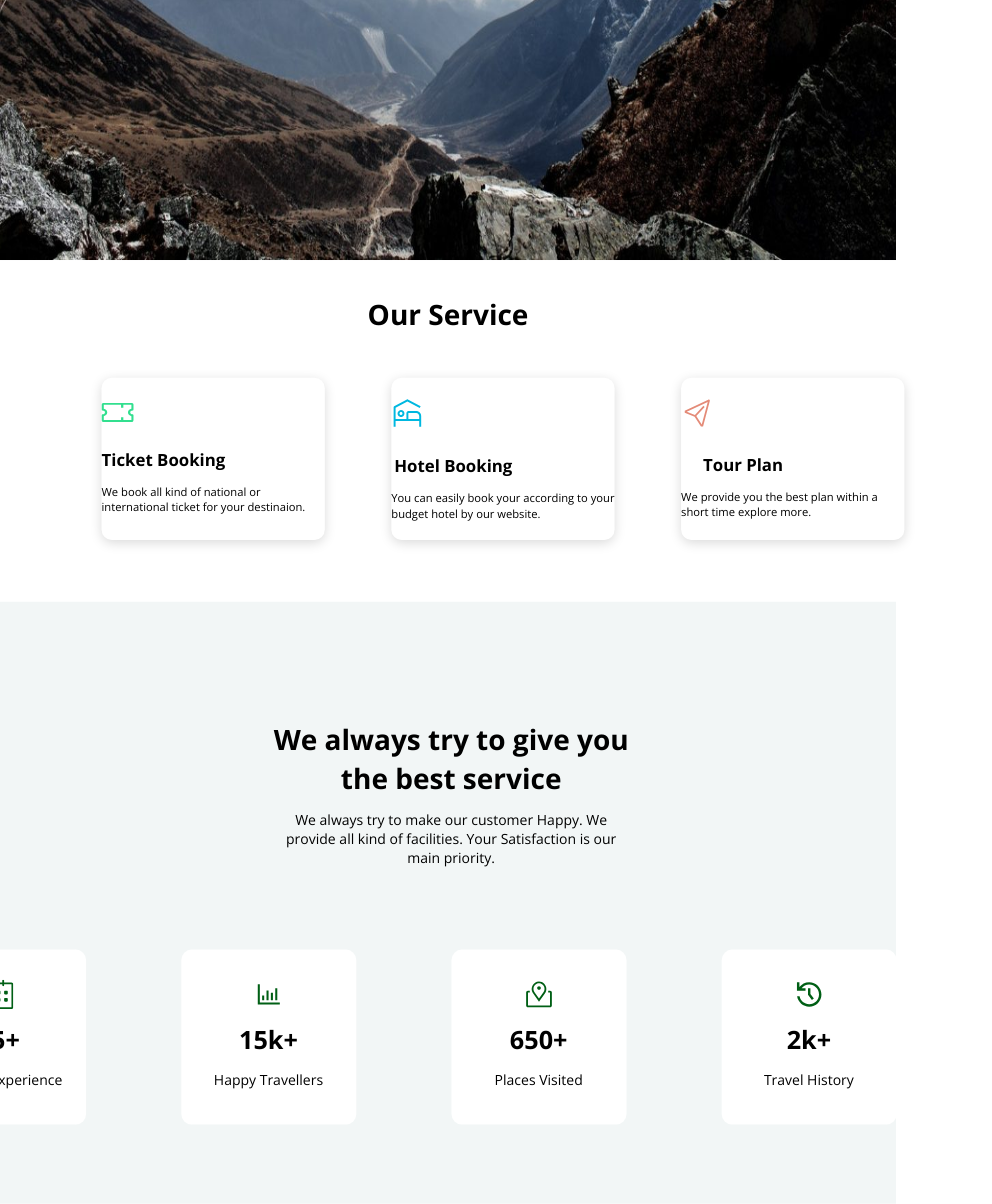
Repository: kubrazamanova/Background-Image
Page: index.html
These files come from the project's save history. The page is drawn as it stood at one moment and after a run of saves; the edit follows.
The browser window is 1280 px wide. The page is 1417 px wide, so the pictures cover 1417 px, including what lies to the right of the window. The pictures show the part of the page from y = 791 to 2511 px (the page is 2511 px tall before and 2373 px after), at 70% of full size.

Above is the page before, as saved 2023-10-17 18:51:56.

### index.html
<!DOCTYPE html>
<html lang="en">
  <head>
    <meta charset="UTF-8" />
    <meta name="viewport" content="width=device-width, initial-scale=1.0" />
    <link rel="stylesheet" href="index.css" />
    <title>Document</title>
  </head>
  <body>
    <div class="container">
      <div class="home-page">
        <nav>
          <img src="./image/Travel Goo.svg" alt="" />
          <ul>
            <li>
              <a href="#">HOME</a>
            </li>
            <li>
              <a href="#service-page">Service</a>
            </li>
            <li>
              <a href="#">About Us</a>
            </li>

            <li>
              <a href="#">Packages</a>
            </li>
          </ul>
          <div class="photo1">
            <img src="./image/star.svg" alt="" />
            <img src="./image/user.svg" alt="" />
          </div>
        </nav>

        <main>
          <h1>Your Imagination Is Your Only Limit</h1>
          <p>
            We always try to make our customer Happy. We provide all kind of
            facilities. Your Satisfaction is our main priority
          </p>
          <a href="#">Discover more</a>
        </main>
      </div>
      <div id="service-page">
        <div class="our-service-page">
          <h1>Our Service</h1>

          <ul>
            <li>
              <svg
                xmlns="http://www.w3.org/2000/svg"
                width="46"
                height="28"
                viewBox="0 0 46 28"
                fill="none"
              >
                <path
                  d="M44.3571 10.9036C44.7929 10.9036 45.2107 10.76 45.5188 10.5044C45.8269 10.2488 46 9.90215 46 9.54067V2.72591C46 2.00295 45.6538 1.30961 45.0376 0.7984C44.4214 0.287193 43.5857 0 42.7143 0H3.28571C2.41429 0 1.57855 0.287193 0.962363 0.7984C0.346172 1.30961 0 2.00295 0 2.72591V9.54067C0 9.90215 0.173086 10.2488 0.481182 10.5044C0.789277 10.76 1.20714 10.9036 1.64286 10.9036C2.51428 10.9036 3.35002 11.1908 3.96621 11.702C4.5824 12.2132 4.92857 12.9066 4.92857 13.6295C4.92857 14.3525 4.5824 15.0458 3.96621 15.557C3.35002 16.0682 2.51428 16.3554 1.64286 16.3554C1.20714 16.3554 0.789277 16.499 0.481182 16.7546C0.173086 17.0102 0 17.3569 0 17.7184V24.5332C0 25.2561 0.346172 25.9495 0.962363 26.4607C1.57855 26.9719 2.41429 27.2591 3.28571 27.2591H42.7143C43.5857 27.2591 44.4214 26.9719 45.0376 26.4607C45.6538 25.9495 46 25.2561 46 24.5332V17.7184C46 17.3569 45.8269 17.0102 45.5188 16.7546C45.2107 16.499 44.7929 16.3554 44.3571 16.3554C43.4857 16.3554 42.65 16.0682 42.0338 15.557C41.4176 15.0458 41.0714 14.3525 41.0714 13.6295C41.0714 12.9066 41.4176 12.2132 42.0338 11.702C42.65 11.1908 43.4857 10.9036 44.3571 10.9036ZM42.7143 18.9042V24.5332H31.2143V20.4443H27.9286V24.5332H3.28571V18.9042C4.69199 18.5992 5.93673 17.9161 6.82512 16.9617C7.71351 16.0073 8.19542 14.8354 8.19542 13.6295C8.19542 12.4237 7.71351 11.2518 6.82512 10.2974C5.93673 9.34297 4.69199 8.65984 3.28571 8.3549V2.72591H27.9286V6.81477H31.2143V2.72591H42.7143V8.3549C41.308 8.65984 40.0633 9.34297 39.1749 10.2974C38.2865 11.2518 37.8046 12.4237 37.8046 13.6295C37.8046 14.8354 38.2865 16.0073 39.1749 16.9617C40.0633 17.9161 41.308 18.5992 42.7143 18.9042Z"
                  fill="#32DF8F"
                />
              </svg>
              <b>Ticket Booking</b>
              <p>
                We book all kind of national or international ticket for your
                destinaion.
              </p>
            </li>

            <li>
              <svg
                xmlns="http://www.w3.org/2000/svg"
                width="45"
                height="45"
                viewBox="0 0 45 45"
                fill="none"
              >
                <path
                  d="M13.3594 21.0938C13.7766 21.0938 14.1844 21.2175 14.5313 21.4492C14.8782 21.681 15.1485 22.0105 15.3082 22.3959C15.4678 22.7813 15.5096 23.2055 15.4282 23.6146C15.3468 24.0238 15.1459 24.3997 14.8509 24.6947C14.5559 24.9897 14.1801 25.1906 13.7709 25.272C13.3617 25.3534 12.9376 25.3116 12.5522 25.1519C12.1667 24.9923 11.8373 24.7219 11.6055 24.375C11.3737 24.0281 11.25 23.6203 11.25 23.2031C11.25 22.6437 11.4722 22.1072 11.8678 21.7116C12.2634 21.316 12.7999 21.0938 13.3594 21.0938ZM13.3594 18.2812C12.3859 18.2813 11.4343 18.5699 10.6249 19.1107C9.81553 19.6516 9.18468 20.4203 8.81216 21.3196C8.43963 22.219 8.34216 23.2086 8.53207 24.1633C8.72199 25.1181 9.19075 25.9951 9.87909 26.6834C10.5674 27.3718 11.4444 27.8405 12.3992 28.0304C13.3539 28.2203 14.3435 28.1229 15.2429 27.7503C16.1423 27.3778 16.9109 26.747 17.4518 25.9376C17.9926 25.1282 18.2813 24.1766 18.2813 23.2031C18.2813 21.8978 17.7627 20.6459 16.8397 19.7228C15.9166 18.7998 14.6647 18.2812 13.3594 18.2812Z"
                  fill="#00B8E0"
                />
                <path
                  d="M35.1562 19.6875H23.9062C23.1603 19.6875 22.445 19.9838 21.9175 20.5112C21.3901 21.0387 21.0938 21.7541 21.0938 22.5V30.9375H5.625V14.9062L22.5 5.82185L40.1203 15.3L41.4422 12.825L23.1609 2.98122C22.9575 2.87289 22.7305 2.81622 22.5 2.81622C22.2695 2.81622 22.0425 2.87289 21.8391 2.98122L3.55781 12.825C3.33326 12.9445 3.14536 13.1228 3.01411 13.3407C2.88285 13.5586 2.81318 13.8081 2.8125 14.0625V42.1875H5.625V33.75H39.375V42.1875H42.1875V26.7187C42.1875 24.8539 41.4467 23.0655 40.1281 21.7469C38.8095 20.4283 37.0211 19.6875 35.1562 19.6875ZM23.9062 30.9375V22.5H35.1562C36.2751 22.5 37.3482 22.9444 38.1394 23.7356C38.9305 24.5268 39.375 25.5998 39.375 26.7187V30.9375H23.9062Z"
                  fill="#00B8E0"
                />
              </svg>
              <b>Hotel Booking</b>
              <p>
                You can easily book your according to your budget hotel by our
                website.
              </p>
            </li>

            <li>
              <svg
                xmlns="http://www.w3.org/2000/svg"
                width="41"
                height="41"
                viewBox="0 0 41 41"
                fill="none"
              >
                <path
                  d="M37.9926 1.59009C37.7551 1.39292 37.4665 1.26731 37.1604 1.22788C36.8543 1.18845 36.5432 1.23683 36.2635 1.36739L2.7016 17.1207V20.1689L16.7983 25.8076L25.8404 39.7187H28.8893L38.5227 3.25115C38.6008 2.9525 38.5925 2.6378 38.4986 2.34372C38.4047 2.04964 38.2293 1.78828 37.9926 1.59009ZM27.0069 36.8113L19.2348 24.8538L31.1947 11.7545L29.3024 10.0267L17.2488 23.2282L5.62605 18.5791L35.5307 4.54201L27.0069 36.8113Z"
                  fill="#E48B78"
                />
              </svg>
              <b>Tour Plan</b>
              <p>
                We provide you the best plan within a short time explore more.
              </p>
            </li>
          </ul>
        </div>
        <div class="best-service">
          <h1>We always try to give you the best service</h1>
          <p>
            We always try to make our customer Happy. We provide all kind of
            facilities. Your Satisfaction is our main priority.
          </p>

          <ul>
            <li>
              <svg
                xmlns="http://www.w3.org/2000/svg"
                width="42"
                height="42"
                viewBox="0 0 42 42"
                fill="none"
              >
                <g clip-path="url(#clip0_10_30)">
                  <path
                    d="M39.375 3.93291L28.8658 3.93295V1.31714C28.8658 0.591982 28.2785 0.00463867 27.5533 0.00463867C26.8282 0.00463867 26.2408 0.591982 26.2408 1.31714V3.93229H15.7408V1.31714C15.7408 0.591982 15.1535 0.00463867 14.4283 0.00463867C13.7032 0.00463867 13.1158 0.591982 13.1158 1.31714V3.93229H2.625C1.17534 3.93229 0 5.10764 0 6.55729V39.3698C0 40.8194 1.17534 41.9948 2.625 41.9948H39.375C40.8247 41.9948 42 40.8194 42 39.3698V6.55729C42 5.10825 40.8247 3.93291 39.375 3.93291ZM39.375 39.3698H2.625V6.55729H13.1158V7.87964C13.1158 8.60475 13.7032 9.19214 14.4283 9.19214C15.1535 9.19214 15.7408 8.60475 15.7408 7.87964V6.55795H26.2408V7.88029C26.2408 8.60545 26.8282 9.19279 27.5533 9.19279C28.2785 9.19279 28.8658 8.60545 28.8658 7.88029V6.55795H39.375V39.3698ZM30.1875 20.9954H32.8125C33.537 20.9954 34.125 20.4074 34.125 19.6829V17.0579C34.125 16.3334 33.537 15.7454 32.8125 15.7454H30.1875C29.463 15.7454 28.875 16.3334 28.875 17.0579V19.6829C28.875 20.4074 29.463 20.9954 30.1875 20.9954ZM30.1875 31.4948H32.8125C33.537 31.4948 34.125 30.9074 34.125 30.1823V27.5573C34.125 26.8328 33.537 26.2448 32.8125 26.2448H30.1875C29.463 26.2448 28.875 26.8328 28.875 27.5573V30.1823C28.875 30.9081 29.463 31.4948 30.1875 31.4948ZM22.3125 26.2448H19.6875C18.963 26.2448 18.375 26.8328 18.375 27.5573V30.1823C18.375 30.9074 18.963 31.4948 19.6875 31.4948H22.3125C23.037 31.4948 23.625 30.9074 23.625 30.1823V27.5573C23.625 26.8334 23.037 26.2448 22.3125 26.2448ZM22.3125 15.7454H19.6875C18.963 15.7454 18.375 16.3334 18.375 17.0579V19.6829C18.375 20.4074 18.963 20.9954 19.6875 20.9954H22.3125C23.037 20.9954 23.625 20.4074 23.625 19.6829V17.0579C23.625 16.3328 23.037 15.7454 22.3125 15.7454ZM11.8125 15.7454H9.1875C8.463 15.7454 7.875 16.3334 7.875 17.0579V19.6829C7.875 20.4074 8.463 20.9954 9.1875 20.9954H11.8125C12.537 20.9954 13.125 20.4074 13.125 19.6829V17.0579C13.125 16.3328 12.537 15.7454 11.8125 15.7454ZM11.8125 26.2448H9.1875C8.463 26.2448 7.875 26.8328 7.875 27.5573V30.1823C7.875 30.9074 8.463 31.4948 9.1875 31.4948H11.8125C12.537 31.4948 13.125 30.9074 13.125 30.1823V27.5573C13.125 26.8334 12.537 26.2448 11.8125 26.2448Z"
                    fill="#005F15"
                  />
                </g>
                <defs>
                  <clipPath id="clip0_10_30">
                    <rect width="42" height="42" fill="white" />
                  </clipPath>
                </defs>
              </svg>
              <b>15+</b>
              <p>Years of Experience</p>
            </li>

            <li>
              <svg
                xmlns="http://www.w3.org/2000/svg"
                width="43"
                height="43"
                viewBox="0 0 43 43"
                fill="none"
              >
                <path
                  d="M37.2891 33.2578H8.39844V7.05469C8.39844 6.86992 8.24727 6.71875 8.0625 6.71875H5.71094C5.52617 6.71875 5.375 6.86992 5.375 7.05469V35.9453C5.375 36.1301 5.52617 36.2812 5.71094 36.2812H37.2891C37.4738 36.2812 37.625 36.1301 37.625 35.9453V33.5938C37.625 33.409 37.4738 33.2578 37.2891 33.2578ZM12.0938 29.8984H14.4453C14.6301 29.8984 14.7812 29.7473 14.7812 29.5625V23.5156C14.7812 23.3309 14.6301 23.1797 14.4453 23.1797H12.0938C11.909 23.1797 11.7578 23.3309 11.7578 23.5156V29.5625C11.7578 29.7473 11.909 29.8984 12.0938 29.8984ZM18.4766 29.8984H20.8281C21.0129 29.8984 21.1641 29.7473 21.1641 29.5625V16.125C21.1641 15.9402 21.0129 15.7891 20.8281 15.7891H18.4766C18.2918 15.7891 18.1406 15.9402 18.1406 16.125V29.5625C18.1406 29.7473 18.2918 29.8984 18.4766 29.8984ZM24.8594 29.8984H27.2109C27.3957 29.8984 27.5469 29.7473 27.5469 29.5625V19.4004C27.5469 19.2156 27.3957 19.0645 27.2109 19.0645H24.8594C24.6746 19.0645 24.5234 19.2156 24.5234 19.4004V29.5625C24.5234 29.7473 24.6746 29.8984 24.8594 29.8984ZM31.2422 29.8984H33.5938C33.7785 29.8984 33.9297 29.7473 33.9297 29.5625V12.7656C33.9297 12.5809 33.7785 12.4297 33.5938 12.4297H31.2422C31.0574 12.4297 30.9062 12.5809 30.9062 12.7656V29.5625C30.9062 29.7473 31.0574 29.8984 31.2422 29.8984Z"
                  fill="#005F15"
                />
              </svg>
              <b>15k+</b>
              <p>Happy Travellers</p>
            </li>

            <li>
              <svg
                xmlns="http://www.w3.org/2000/svg"
                width="43"
                height="43"
                viewBox="0 0 43 43"
                fill="none"
              >
                <path
                  d="M21.5 32.25L13.3166 20.6938C11.9771 19.1122 11.1145 17.1827 10.8292 15.1299C10.5439 13.0771 10.8478 10.9855 11.7053 9.09874C12.5628 7.21193 13.9387 5.60758 15.6728 4.47252C17.4068 3.33747 19.4277 2.71843 21.5 2.6875C24.3726 2.71589 27.1168 3.88155 29.1317 5.92918C31.1466 7.97681 32.2679 10.7395 32.25 13.6122C32.2511 16.1182 31.3979 18.5497 29.8312 20.5056L21.5 32.25ZM21.5 5.375C19.339 5.39982 17.2763 6.28119 15.7646 7.8256C14.253 9.37001 13.416 11.4512 13.4375 13.6122C13.4465 15.5846 14.1561 17.4896 15.4397 18.9872L21.5 27.5738L27.7216 18.8125C28.9042 17.3363 29.553 15.5036 29.5625 13.6122C29.584 11.4512 28.747 9.37001 27.2354 7.8256C25.7237 6.28119 23.6609 5.39982 21.5 5.375Z"
                  fill="#005F15"
                />
                <path
                  d="M21.5 14.7812C22.9843 14.7812 24.1875 13.578 24.1875 12.0938C24.1875 10.6095 22.9843 9.40625 21.5 9.40625C20.0157 9.40625 18.8125 10.6095 18.8125 12.0938C18.8125 13.578 20.0157 14.7812 21.5 14.7812Z"
                  fill="#005F15"
                />
                <path
                  d="M37.625 16.125H34.9375V18.8125H37.625V37.625H5.375V18.8125H8.0625V16.125H5.375C4.66223 16.125 3.97865 16.4081 3.47465 16.9122C2.97065 17.4162 2.6875 18.0997 2.6875 18.8125V37.625C2.6875 38.3378 2.97065 39.0213 3.47465 39.5253C3.97865 40.0294 4.66223 40.3125 5.375 40.3125H37.625C38.3378 40.3125 39.0213 40.0294 39.5253 39.5253C40.0294 39.0213 40.3125 38.3378 40.3125 37.625V18.8125C40.3125 18.0997 40.0294 17.4162 39.5253 16.9122C39.0213 16.4081 38.3378 16.125 37.625 16.125Z"
                  fill="#005F15"
                />
              </svg>
              <b>650+</b>
              <p>Places Visited</p>
            </li>

            <li>
              <svg
                xmlns="http://www.w3.org/2000/svg"
                width="35"
                height="35"
                viewBox="0 0 35 35"
                fill="none"
              >
                <path
                  d="M3.09169 19.7254C4.17377 26.6977 10.2404 32.0775 17.5015 32.0775C25.5209 32.0775 32.0819 25.5164 32.0819 17.497C32.0819 9.47767 25.5223 2.91663 17.5029 2.91663C12.6934 2.91663 8.46127 5.25142 5.83335 8.74996V2.91808L2.92106 2.91663L2.91669 13.125H13.125V10.2083L8.45981 10.2068C10.5 7.58475 13.8571 5.83329 17.5029 5.83329C23.9167 5.83329 29.1667 11.0833 29.1667 17.497C29.1667 23.9108 23.9167 29.1622 17.5015 29.1622C11.8461 29.1622 7.10065 25.0877 6.05502 19.7254H3.09169Z"
                  fill="#005F15"
                />
                <path
                  d="M16.0446 10.2069V17.939L20.7127 24.2054L23.046 22.4598L18.9612 17.0625V10.2069H16.0446Z"
                  fill="#005F15"
                />
              </svg>
              <b>2k+</b>
              <p>Travel History</p>
            </li>
          </ul>
        </div>
      </div>
    </div>
  </body>
</html>

### index.css
@import url("https://fonts.googleapis.com/css2?family=Open+Sans:wght@400;700&display=swap");
* {
  margin: 0;
  padding: 0;
  box-sizing: border-box;
}

.home-page {
  min-height: 100vh;
  background-image: url("./image/mount-everest-1313x875.jpg");
  background-repeat: no-repeat;
  background-size: 100% 100%;
}

.home-page nav {
  width: 100%;
  padding: 20px 145px 20px 136px;
  background-color: black;
  display: flex;
  justify-content: space-between;
  position: fixed;
}

.home-page ul {
  display: flex;
  align-items: center;
}

.home-page ul li a {
  margin-right: 76px;
  list-style-type: none;
  text-decoration: none;
  color: #fff;
  font-family: Open Sans;
  font-size: 20px;
  font-style: normal;
  font-weight: 600;
  line-height: normal;
}
.home-page .photo1 {
  display: flex;
  align-items: center;
}

.home-page .photo1 img {
  margin-right: 34px;
}

main {
  padding: 381px 475px 378px 475px;
  display: flex;
  flex-direction: column;
  justify-content: center;
  align-items: center;
}

.home-page h1 {
  width: 779px;
  color: #fff;
  text-align: center;
  font-family: Open Sans;
  font-size: 75px;
  font-style: normal;
  font-weight: 800;
  line-height: normal;
}

.home-page p {
  width: 568px;
  margin-top: 57px;
  color: #fff;
  text-align: center;
  font-family: Open Sans;
  font-size: 16px;
  font-style: normal;
  font-weight: 400;
  line-height: normal;
}

.home-page main a {
  display: block;
  margin-top: 39px;
  width: 214px;
  height: 60px;
  border-radius: 10px;
  background: #00a651;
  text-decoration: none;
  color: white;
  display: flex;
  justify-content: center;
  align-items: center;
}

.our-service-page {
  padding: 50px 145px 88px 145px;
  background-color: #fff;
}

.our-service-page h1 {
  color: #000;
  text-align: center;
  font-family: Open Sans;
  font-size: 40px;
  font-style: normal;
  font-weight: 700;
  line-height: normal;
}

.our-service-page ul {
  display: flex;
}

.our-service-page ul li {
  width: 416px;
  height: 232px;
  margin-right: 95px;
  margin-top: 63px;
  list-style-type: none;
  border-radius: 15px;
  background-color: #f9f9f9;
  border-radius: 15px;
  background: #fff;
  box-shadow: 0px 4px 16px 0px rgba(0, 0, 0, 0.15);
  display: flex;
  flex-direction: column;
  justify-content: center;
}

.our-service-page ul li svg {
  width: 46px;
  margin-bottom: 36px;
}

.our-service-page ul li b {
  width: 177px;
  margin-bottom: 19px;
  color: #000;
  text-align: center;
  font-family: Open Sans;
  font-size: 24px;
  font-style: normal;
  font-weight: 700;
  line-height: normal;
}

.our-service-page ul li p {
  width: 319px;
  color: #000;
  font-family: Open Sans;
  font-size: 16px;
  font-style: normal;
  font-weight: 400;
  line-height: normal;
}

.best-service {
  padding: 169px 167px 113px 176px;
  min-height: 100vh;
  background: rgba(0, 88, 83, 0.05);
  display: flex;
  flex-direction: column;
  justify-content: center;
  align-items: center;
}

.best-service h1 {
  width: 518px;
  color: #000;
  text-align: center;
  font-family: Open Sans;
  font-size: 40px;
  font-style: normal;
  font-weight: 700;
  line-height: normal;
}

.best-service p {
  width: 495px;
  margin-top: 19px;
  color: #000;
  text-align: center;
  font-family: Open Sans;
  font-size: 16px;
  font-style: normal;
  font-weight: 400;
  line-height: normal;
}

.best-service ul {
  margin-top: 118px;
  display: flex;
}

.best-service ul li {
  list-style-type: none;
  width: 250px;
  height: 250px;
  border-radius: 15px;
  background: #fff;
  margin-right: 136px;
  display: flex;
  flex-direction: column;
  align-items: center;
}

.best-service svg {
  margin-top: 43px;
  width: 42px;
  height: 42px;
}

.best-service b {
  margin-top: 19px;
  color: #000;
  font-family: Open Sans;
  font-size: 36px;
  font-style: normal;
  font-weight: 700;
  line-height: normal;
}

.best-service p {
  color: #000;
  text-align: center;
  font-family: Open Sans;
  font-size: 20px;
  font-style: normal;
  font-weight: 400;
  line-height: normal;
}

After the next 2 saves:
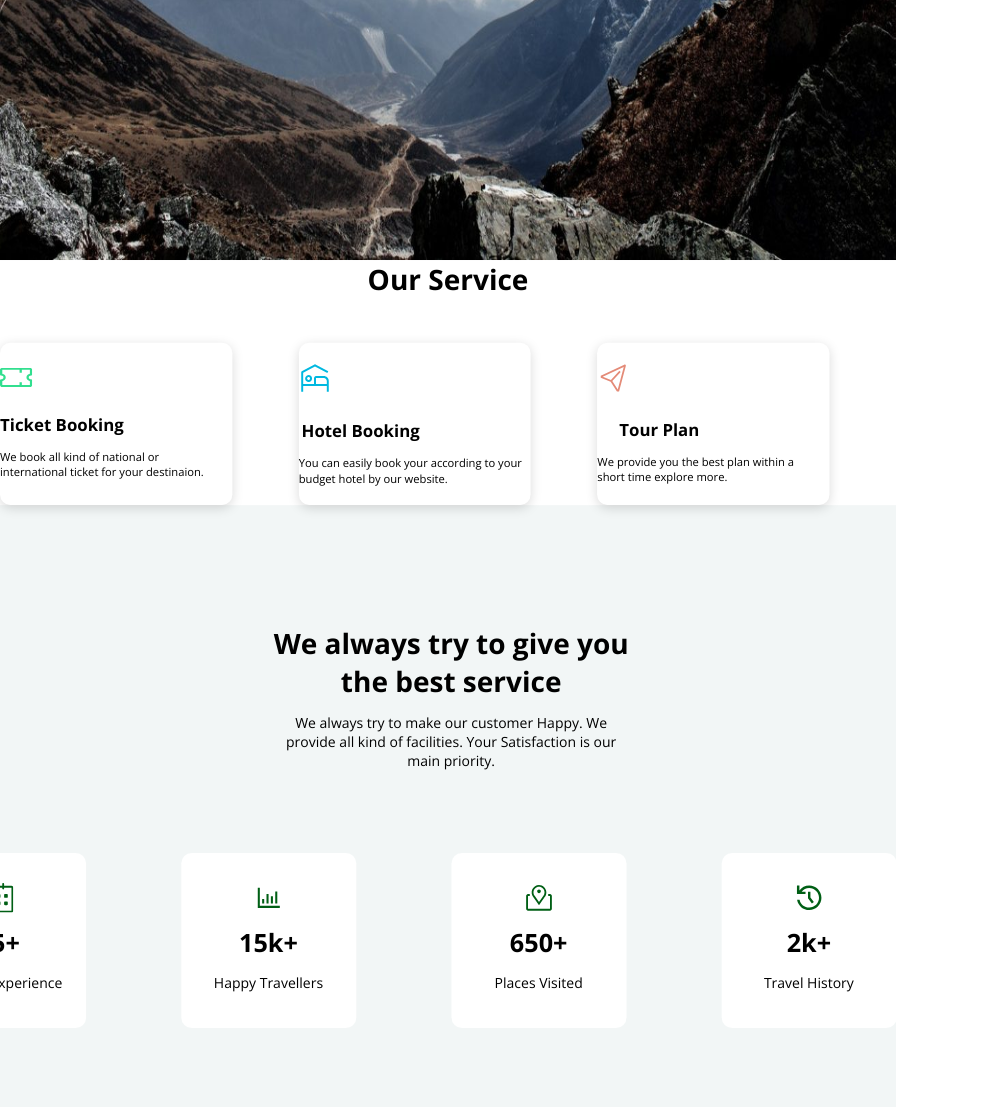
The 2 saves are shown as one change because they came seconds apart.
The last was saved 19 s later.
--- a/index.css
+++ b/index.css
@@ -92,7 +92,7 @@
 }
 
 .our-service-page {
-  padding: 50px 145px 88px 145px;
+  /* padding: 50px 145px 88px 145px; */
   background-color: #fff;
 }
 

After the save that followed:
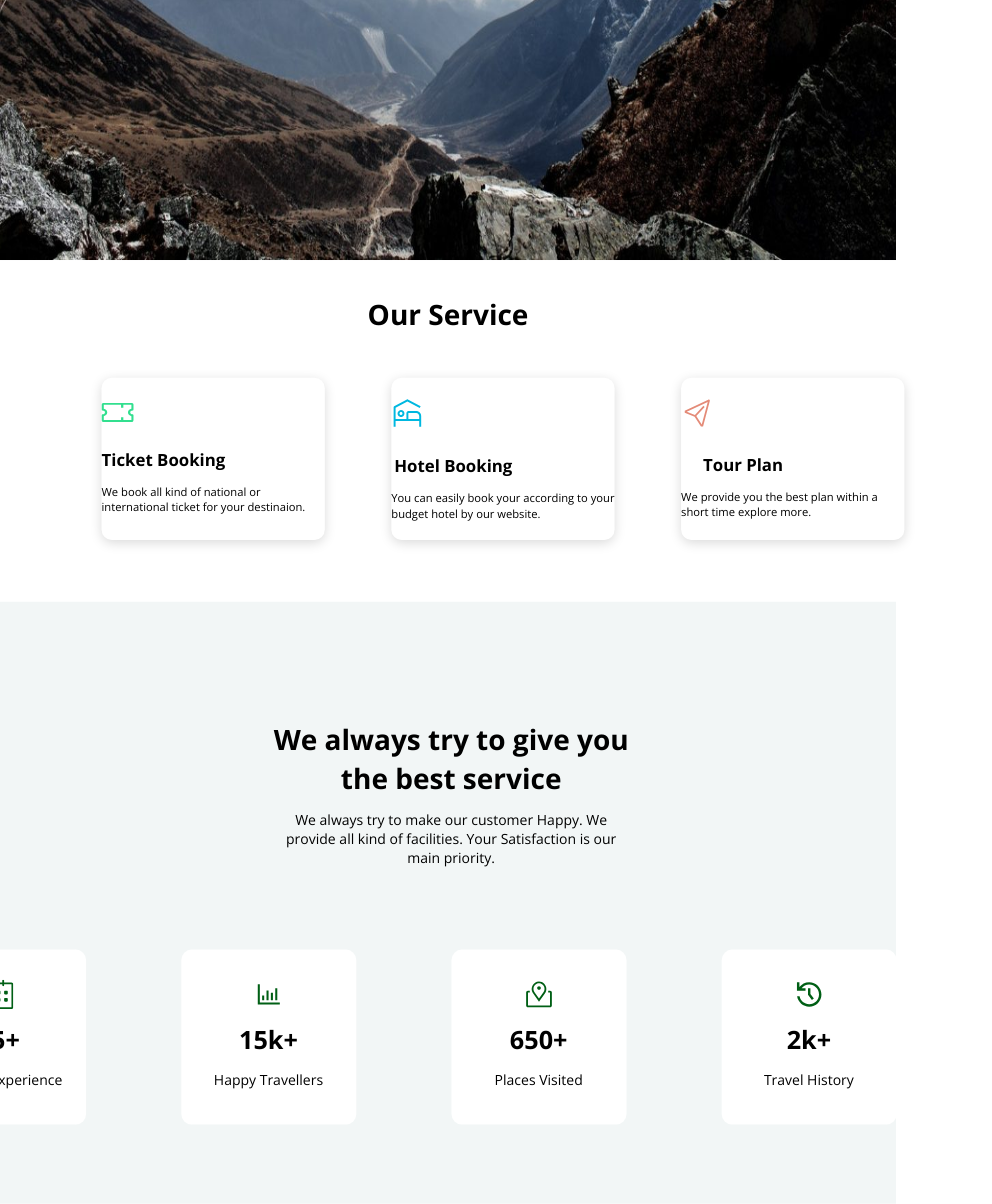
Saved 8 s later.
--- a/index.css
+++ b/index.css
@@ -92,7 +92,7 @@
 }
 
 .our-service-page {
-  /* padding: 50px 145px 88px 145px; */
+  padding: 50px 145px 88px 145px;
   background-color: #fff;
 }
 
